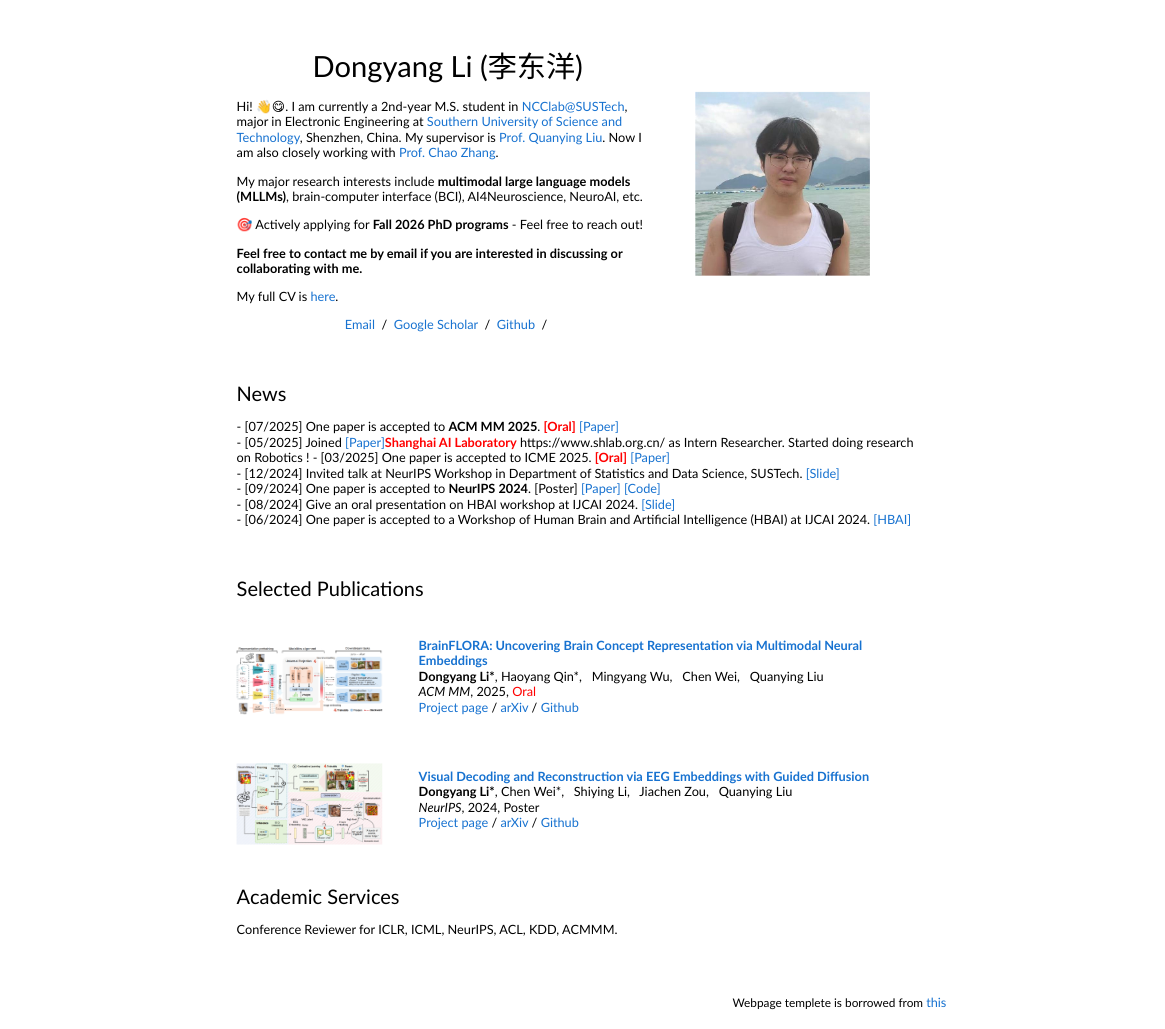
Repository: dongyangli-del/dongyangli-del.github.io
Page: index.html
The author's editor kept a copy of each file at every save. The page is drawn from the files as they stood at one save, then again after a run of saves.
The browser window is 1280 px wide. The pictures show the whole page, at 91% of full size.

Above is the page before, as saved 2025-07-12 21:36:20.

After the next 2 saves:
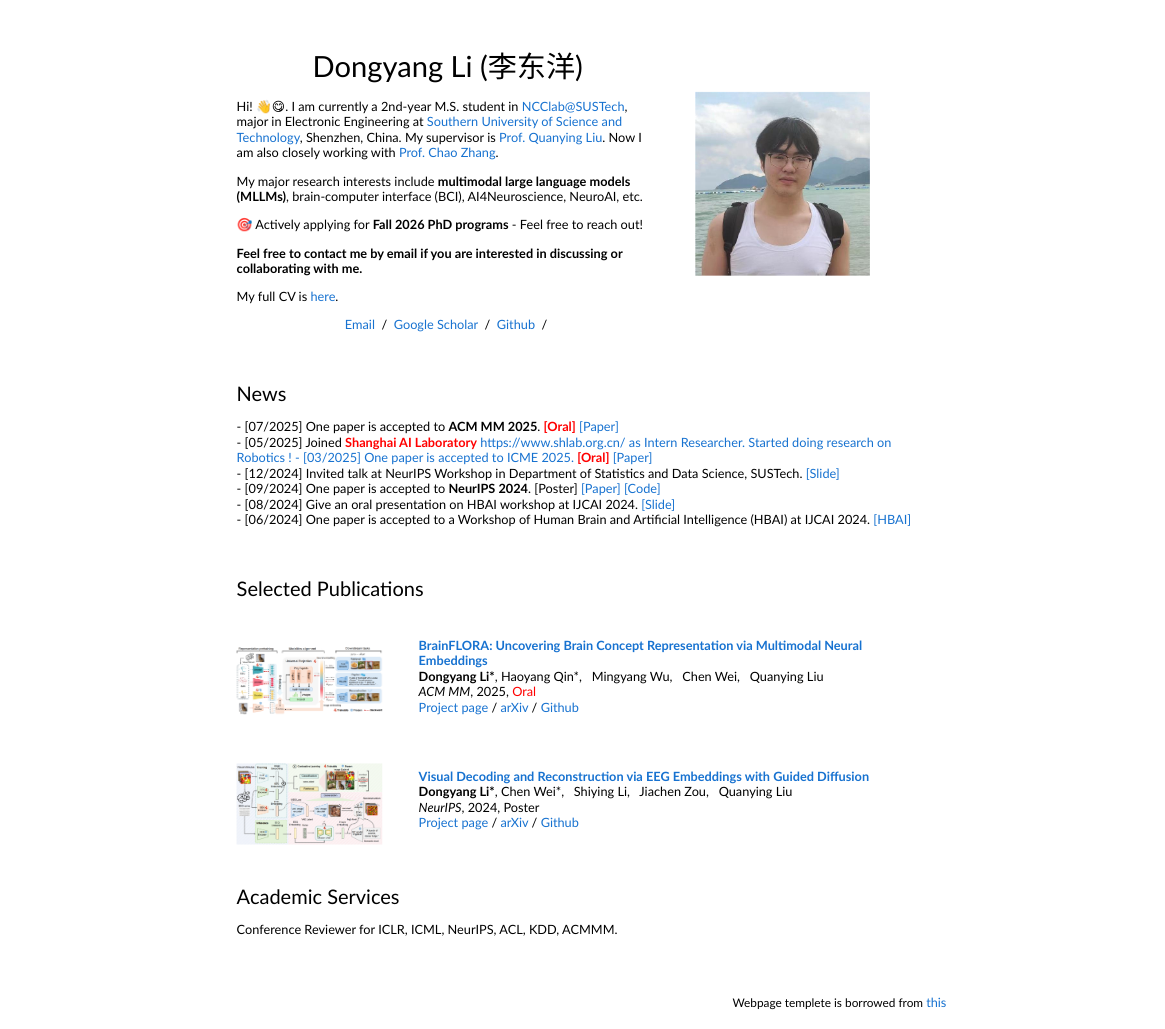
The 2 saves are shown as one change because they came seconds apart.
The last was saved 2 min 56 s later.
--- a/index.html
+++ b/index.html
@@ -78,7 +78,7 @@
               <p>
                 - [07/2025] One paper is accepted to <strong>ACM MM 2025</strong>. <span style="color: red; font-weight: bold;">[Oral]</span> <a href="https://arxiv.org/pdf/2410.23754">[Paper]</a><br>
 
-                - [05/2025] Joined <a href="https://arxiv.org/abs/2403.07721">[Paper]</a><span style="color: red; font-weight: bold;">Shanghai AI Laboratory</span> https://www.shlab.org.cn/ as Intern Researcher. Started doing research on Robotics !
+                - [05/2025] Joined <a href="https://arxiv.org/abs/2403.07721"><span style="color: red; font-weight: bold;">Shanghai AI Laboratory</span> https://www.shlab.org.cn/ as Intern Researcher. Started doing research on Robotics !
 
                 - [03/2025] One paper is accepted to ICME 2025. <span style="color: red; font-weight: bold;">[Oral]</span> <a href="https://arxiv.org/pdf/2410.23754">[Paper]</a><br>
 
